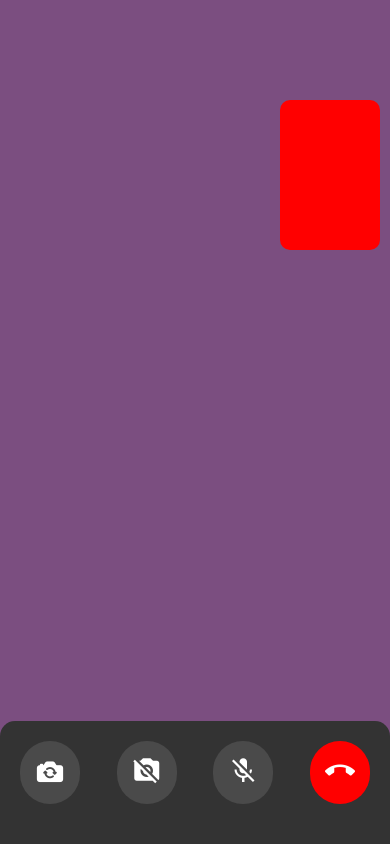
Repository: JennaFi/VideoCallApp
Screen: /Calling
An editor plug-in stored every save of this project. The screen is shown before and after the next save, followed by the edit.
The app was drawn by React Native's web renderer in a window 390 px wide. The project was rebuilt for these pictures with package versions that can differ from the ones it lists, and the page was loaded fresh each time.

Above is the screen before, as saved 2022-01-14 00:07:32.

After the next save:
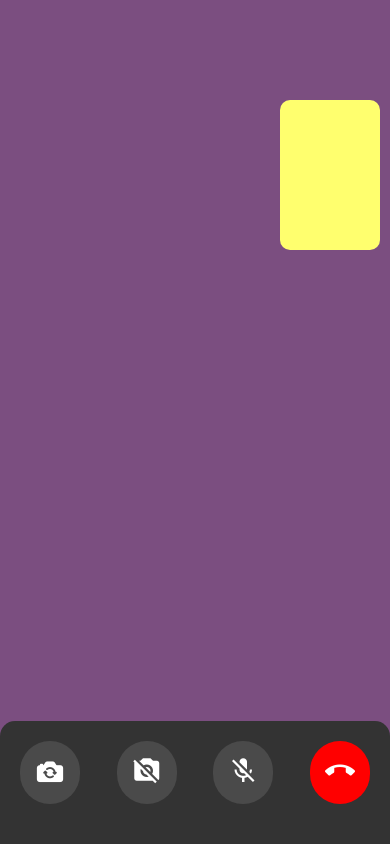
Saved 21 s later.
--- a/src/screens/CallScreen/index.js
+++ b/src/screens/CallScreen/index.js
@@ -31,7 +31,7 @@ const styles = StyleSheet.create({
     // paddingHorizontal: 10
     width: 100,
     height: 150,
-    backgroundColor: 'red',
+    backgroundColor: '#ffff6e',
     borderRadius: 10,
     position: 'absolute',
     right: 10,
